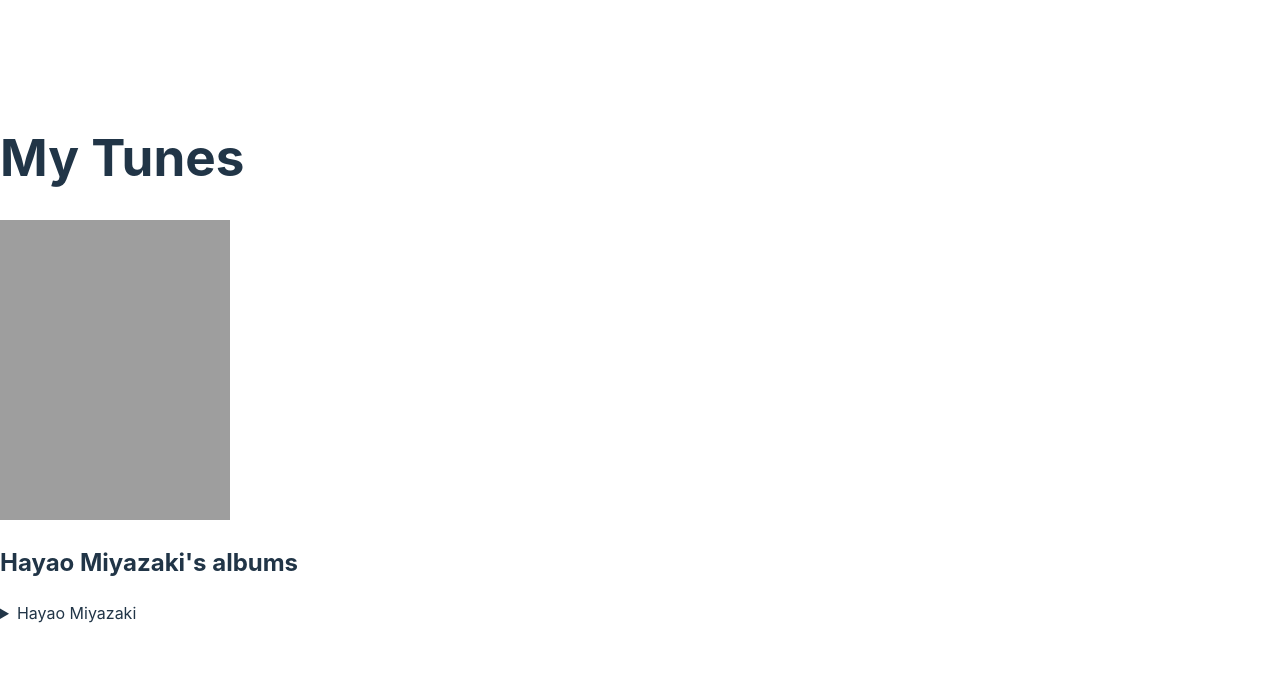
Repository: SamanthaYan298/my_app
Page: /
These files come from the project's save history. The page is drawn as it stood at one moment and after the next save; the edit follows.
The browser window is 1280 px wide. The pictures show the whole page.
Pictures or frames that could not be fetched are drawn as grey boxes. The project was rebuilt for these pictures with package versions that can differ from the ones it lists, and the page was loaded fresh each time. Also part of the build but not shown: vite.config.js.

Above is the page before, as saved 2024-09-12 15:39:38.

### src/App.jsx
function App() {

  return (
    <>
      <div>
        <h1>My Tunes</h1>
        <div>
          <img src="https://www.hollywoodreporter.com/wp-content/uploads/2013/09/hayao_miyazaki_-_h_-_2013.jpg?w=1024" alt="Hayao Miyazaki" height={300} width={230}/>
        </div>
        <div>
          <h2>Hayao Miyazaki's albums</h2>
          <details>
            <summary>Hayao Miyazaki</summary>
            <ol>
              <li>Castle in the Sky</li>
              <li>Kiki's Delivery Service</li>
              <li>Howl's Moving Castle</li>
              <li>Princess Mononoke</li>
              <li>Spirited Away</li>
            </ol>
          </details>
        </div>
      </div>
    </>
  )
}

export default App

Loaded but not shown: index.html (common file); src/main.jsx (common file); src/index.css (common file)

After the next save:
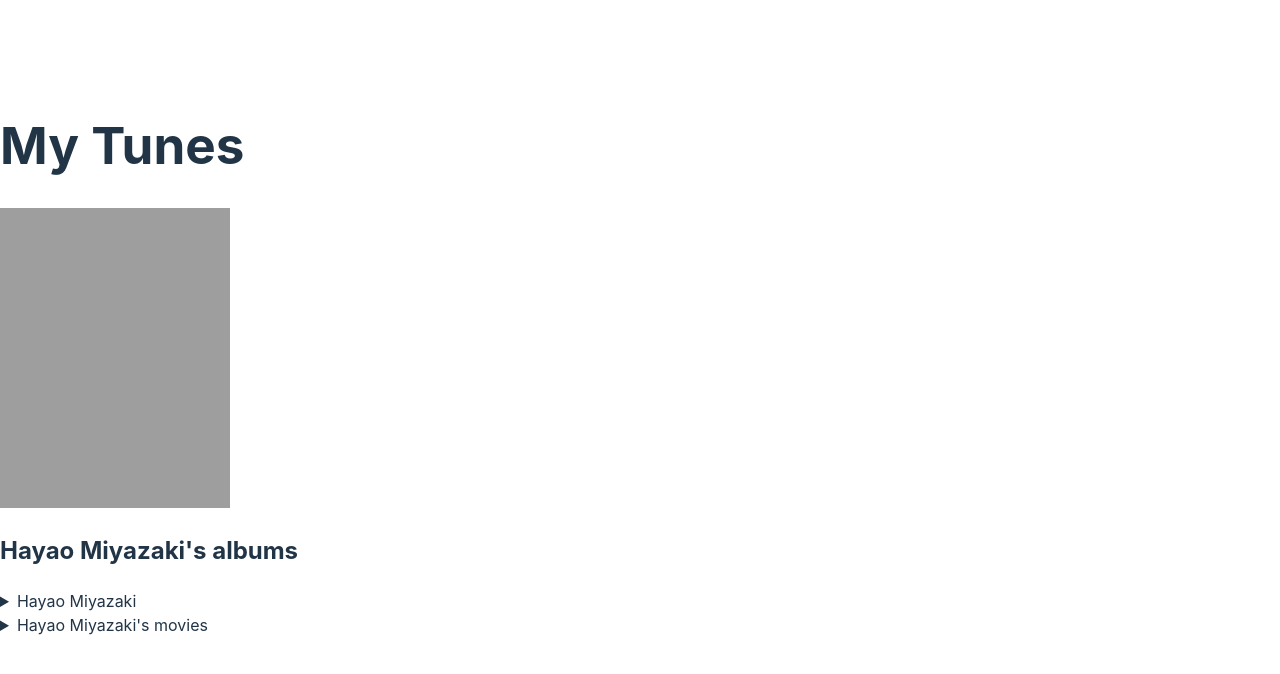
Saved 2 min 50 s later.
--- a/src/App.jsx
+++ b/src/App.jsx
@@ -19,6 +19,16 @@
               <li>Spirited Away</li>
             </ol>
           </details>
+          <details>
+            <summary>Hayao Miyazaki's movies</summary>
+            <ol>
+              <li>Castle in the Sky</li>
+              <li>Kiki's Delivery Service</li>
+              <li>Howl's Moving Castle</li>
+              <li>Princess Mononoke</li>
+              <li>Spirited Away</li>
+            </ol>
+          </details>
         </div>
       </div>
     </>
